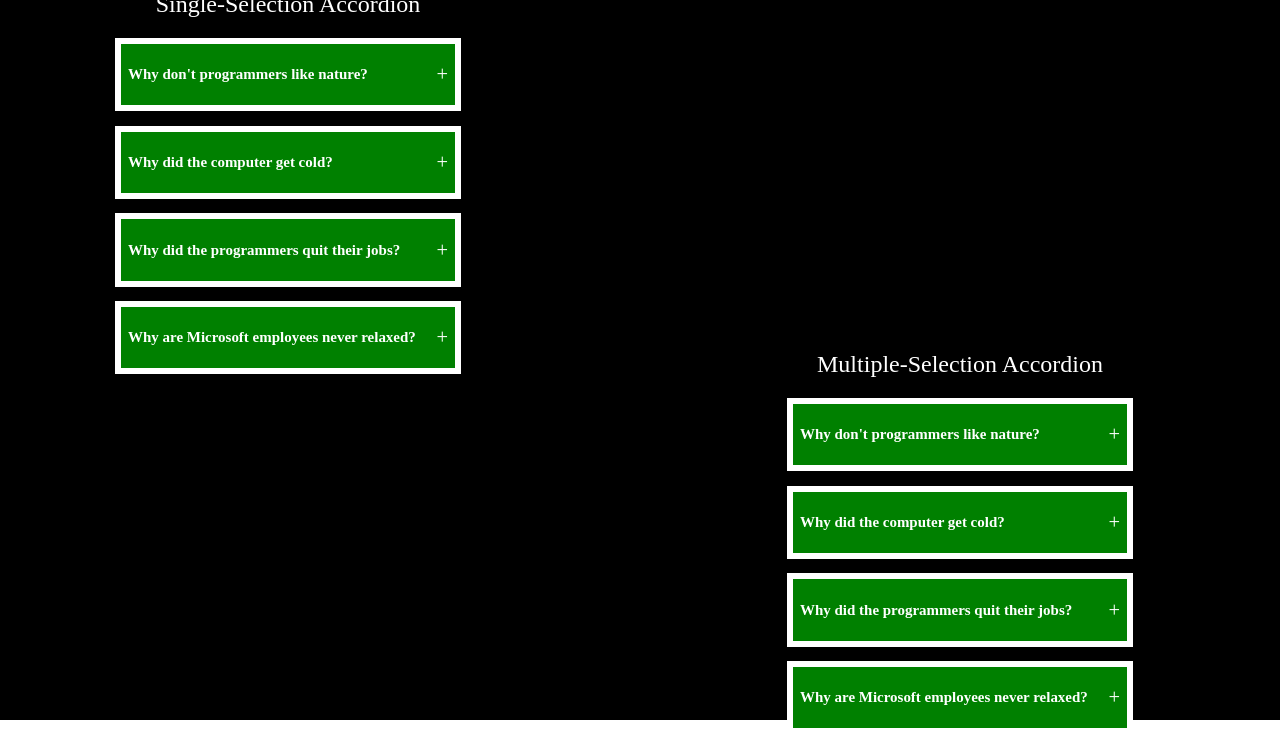
Repository: kosenijr/react-projects
Page: / (app in accordion/)
The author's editor kept a copy of each file at every save. The page is drawn from the files as they stood at one save, then again after the next save.
The browser window is 1280 px wide. The pictures show the whole page.
The project was rebuilt for these pictures with package versions that can differ from the ones it lists, and the page was loaded fresh each time.

Above is the page before, as saved 2024-03-03 12:50:00.

After the next save:
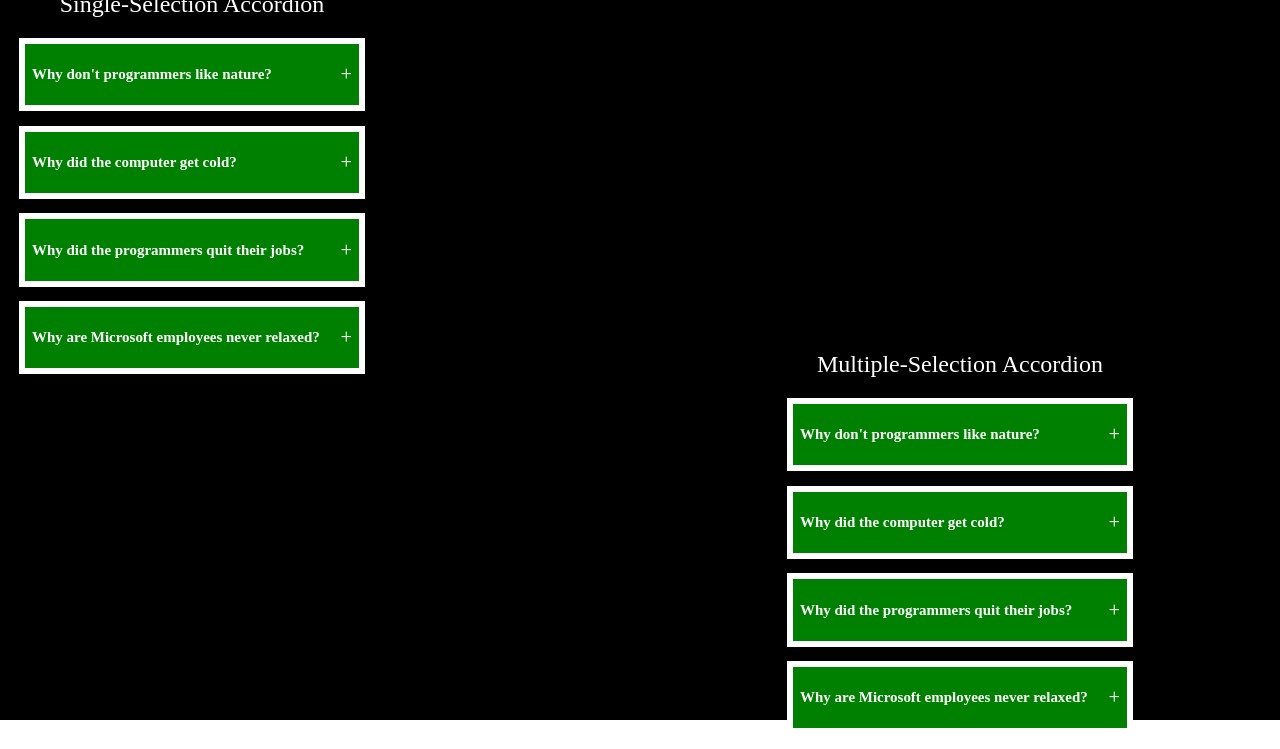
Saved 6 s later.
--- a/accordion/src/styles/SingleSelection.css
+++ b/accordion/src/styles/SingleSelection.css
@@ -3,7 +3,7 @@
   justify-content: center;
   align-items: center;
   height:50vh;
-  width: 45%;
+  width: 30%;
 }
 
 .single-selection-description {
